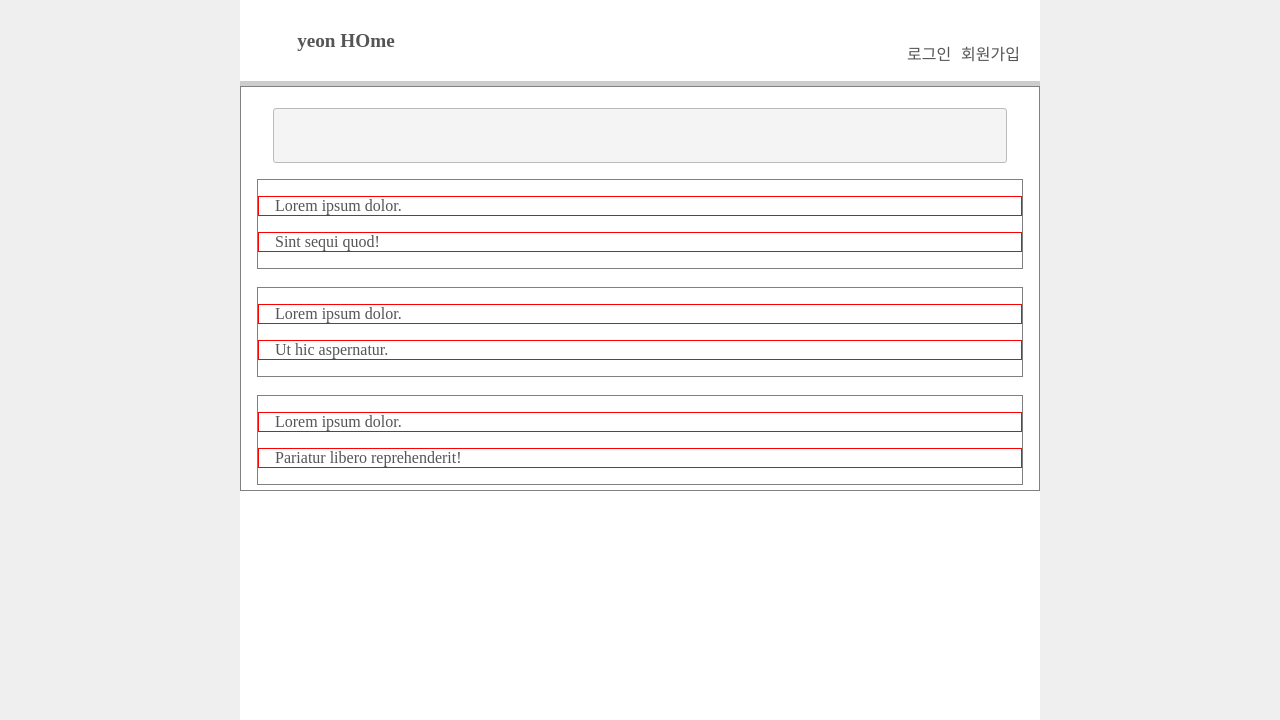
Repository: yeonhwa323/webPro
Page: webPro/src/main/webapp/jquery/days09/ex03_04.html
An editor plug-in stored every save of this project. The page is shown before and after the next save, followed by the edit.
The browser window is 1280 px wide. The pictures show the whole page.
Some web fonts or font styles are not loaded; a fallback is used.

Above is the page before, as saved 2024-04-17 02:17:46.

After the next save:
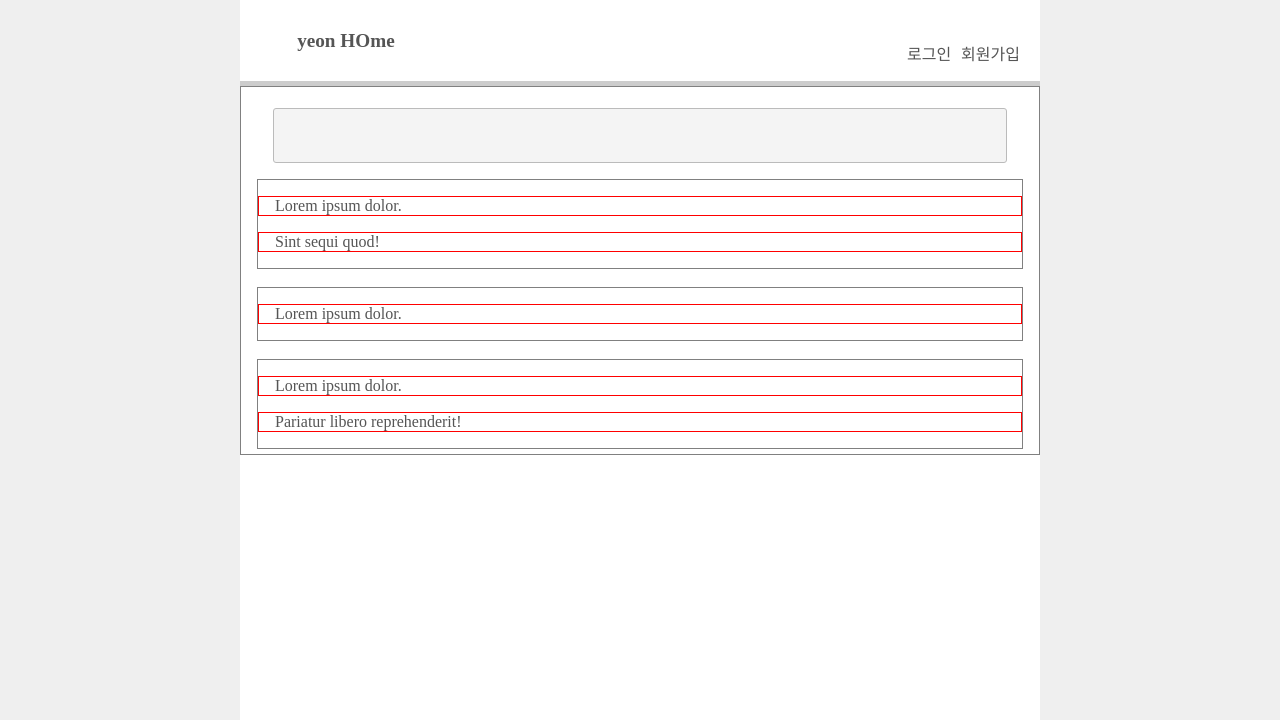
Saved 57 s later.
--- a/webPro/src/main/webapp/jquery/days09/ex03_04.html
+++ b/webPro/src/main/webapp/jquery/days09/ex03_04.html
@@ -33,7 +33,6 @@
   <br>
   <div>
   	<p>Lorem ipsum dolor.</p>
-  	<p>Ut hic aspernatur.</p>
   </div>
   <br>
   <div>
@@ -47,6 +46,8 @@
    $( function () {
 	   $("div").css("border", "1px solid gray");
 
+	   // 어떤 부모의 자식 요소가 오직 p 태그
+	   // 하나인 p 태그
 	   $("p").css("border", "1px solid red");
 
    });
